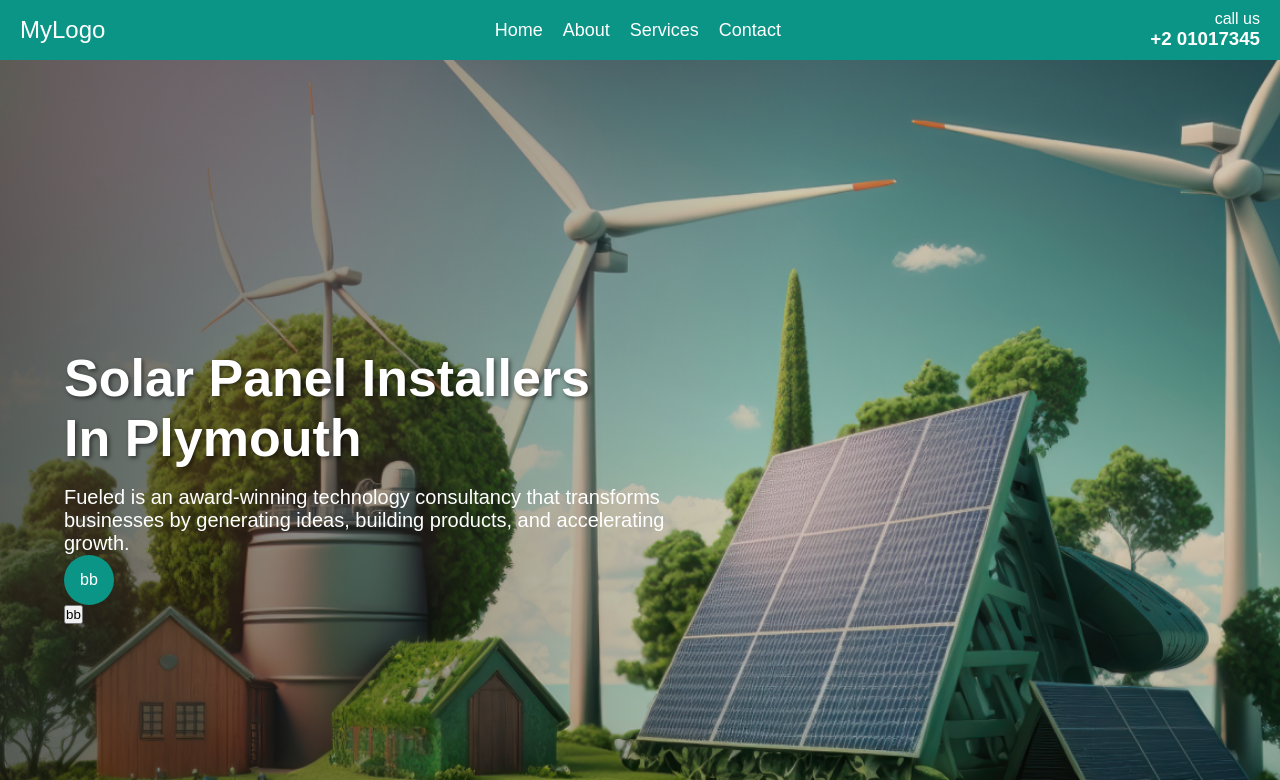
Repository: MaramNabil872/Landing-Page
Page: landingPage.html
The author's editor kept a copy of each file at every save. The page is drawn from the files as they stood at one save, then again after the next save.
The browser window is 1280 px wide. The pictures show the whole page.

Above is the page before, as saved 2024-10-20 20:37:26.

### landingPage.html
<!DOCTYPE html>
<html lang="en">
    <head>
        <meta charset="UTF-8" />
        <meta name="viewport" content="width=device-width, initial-scale=1.0" />
        <title>Landing Page</title>
        <link rel="stylesheet" href="landingPage.css" />
    </head>
    <body>
        <nav class="navbar">
            <div class="logo">MyLogo</div>

            <ul class="nav-links">
                <li><a href="#home">Home</a></li>
                <li><a href="#about">About</a></li>
                <li><a href="#services">Services</a></li>
                <li><a href="#contact">Contact</a></li>
            </ul>
            <div class="call">
                <p>call us</p>
                <h3>+2 01017345</h3>
            </div>
        </nav>

        <div class="image-container">
            <img
                src="images/solar-panels-meadow 1.png"
                alt="Background Image"
                class="background-image"
            />
            <div class="main-text">
                <h2 class="text-wallpaper">
                    Solar Panel Installers <br />
                    In Plymouth
                </h2>
                <br />
                <p class="text-paragraph">
                    Fueled is an award-winning technology consultancy that
                    transforms <br />
                    businesses by generating ideas, building products, and
                    accelerating<br />
                    growth.
                </p>
                <div>
                <button class="button-wallpaper1">bb</button>
                <button class="button-wallpaper2">bb</button>
            </div>
            </div>
        </div>
    </body>
</html>

### landingPage.css
* {
    margin: 0;
    padding: 0;
    box-sizing: border-box; /* Added for consistent sizing */
}

body {
    font-family: Arial, sans-serif;
}

.navbar {
    background-color: #0b9586;
    display: flex;
    justify-content: space-between;
    align-items: center;
    padding: 10px 20px;
    position: relative;
    flex-wrap: wrap; /* Allow items to wrap on smaller screens */
}

.logo {
    color: #fff;
    font-size: 24px;
}

.nav-links {
    list-style: none;
    display: flex;
    flex-wrap: wrap; /* Allow links to wrap on smaller screens */
}

.nav-links li {
    margin-left: 20px;
}

.nav-links a {
    text-decoration: none;
    color: white;
    font-size: 18px;
    transition: color 0.3s;
}

.nav-links a:hover {
    color: #f0a500;
}

.call {
    color: #fff;
    text-align: right; /* Align text to the right */
}

.image-container {
    position: relative;
    width: 100%;
    height: 100vh; /* Full screen height */
    overflow: hidden; /* Hide overflow */
}

.background-image {
    width: 100%;
    height: 100%;
    object-fit: cover; /* Ensure the image covers the entire container */
}
.main-text{
    position: absolute;
    top: 40%;
    left:5%;
}
.text-wallpaper {


    color: white;
    font-size: 52px;
    font-weight: bold;
    text-shadow: 2px 2px 4px rgba(0, 0, 0, 0.5);
}
.text-paragraph{
    color: white;
    font-size:  20px;

}
.button-wallpaper1 {
    background-color: #0b9586; /* Background color */
    color: white; /* Text color */
    border: none; /* No border */
    border-radius: 50%; /* Make it round */
    width: 50px; /* Width of the button */
    height: 50px; /* Height of the button */
    font-size: 16px; /* Font size */
    cursor: pointer; /* Change cursor to pointer on hover */
    display: flex; /* Use flexbox to center text */
    align-items: center; /* Center vertically */
    justify-content: center; /* Center horizontally */
    transition: background-color 0.3s; /* Smooth background color change */
}

.button-wallpaper1:hover {
    background-color: #f0a500; /* Change background color on hover */
}
/* Media Queries for Responsiveness */
@media (max-width: 768px) {
    .navbar {
        flex-direction: column; /* Stack items vertically */
        align-items: flex-start; /* Align items to the left */
    }

    .nav-links {
        margin-top: 10px; /* Space between navbar and links */
    }

    .nav-links li {
        margin-left: 0;
        margin-bottom: 10px; /* Space between links */
    }

    .text-overlay {
        font-size: 1.5rem; /* Smaller text size for mobile */
    }
}

@media (max-width: 480px) {
    .text-overlay {
        font-size: 1.2rem; /* Even smaller text size for very small screens */
    }

    .call h3 {
        font-size: 1.2rem; /* Adjust call size for small screens */
    }
}

After the next save:
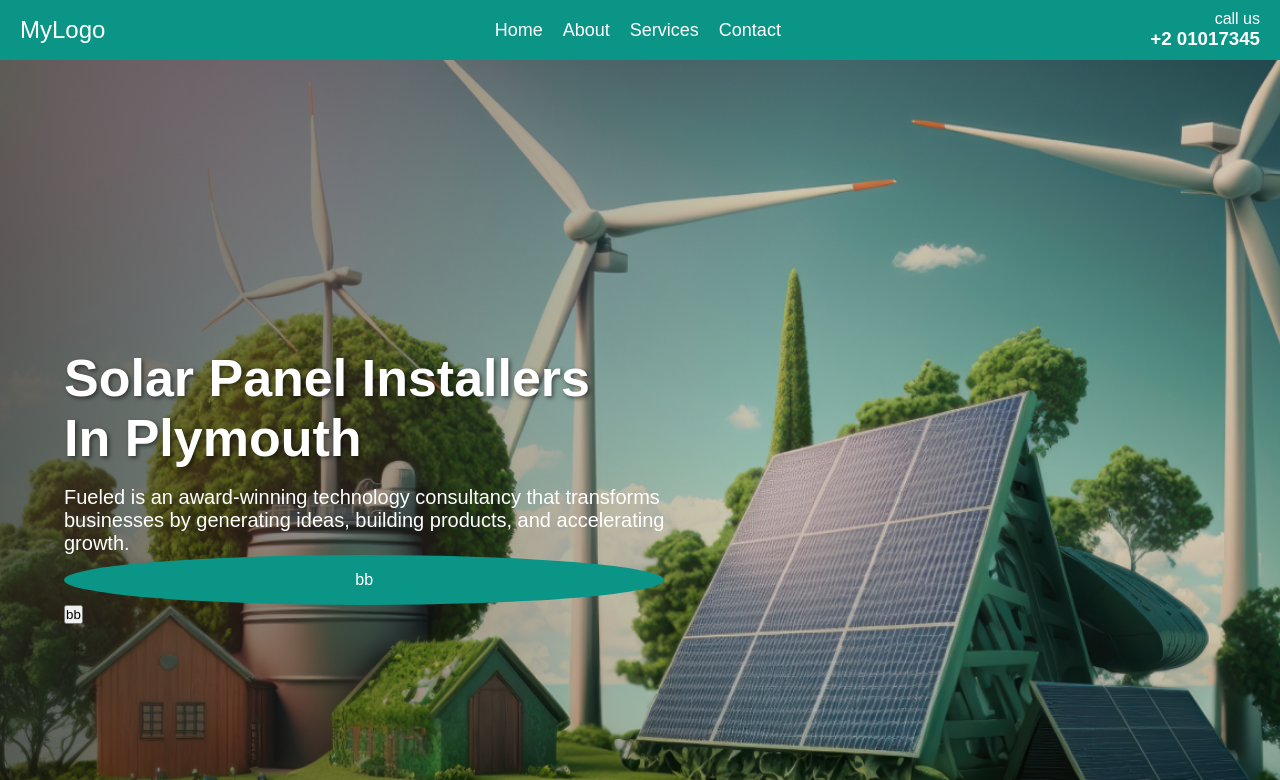
Saved 20 s later.
--- a/landingPage.css
+++ b/landingPage.css
@@ -84,7 +84,7 @@ body {
     color: white; /* Text color */
     border: none; /* No border */
     border-radius: 50%; /* Make it round */
-    width: 50px; /* Width of the button */
+    width: 100%; /* Width of the button */
     height: 50px; /* Height of the button */
     font-size: 16px; /* Font size */
     cursor: pointer; /* Change cursor to pointer on hover */
